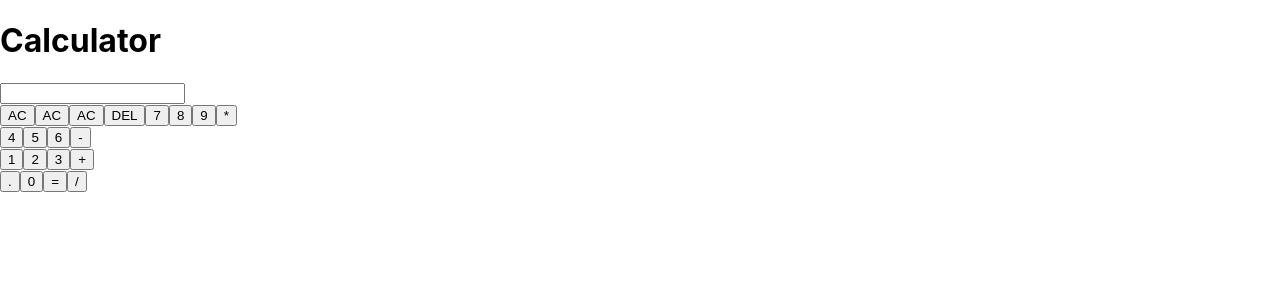
Repository: thesaherriaz/Calculator-React
Page: /
These files come from the project's save history. The page is drawn as it stood at one moment and after a run of saves; the edit follows.
The browser window is 1280 px wide. The pictures show the whole page.
The project was rebuilt for these pictures with package versions that can differ from the ones it lists, and the page was loaded fresh each time.

Above is the page before, as saved 2025-06-18 14:54:15.

### src/App.js
import React from 'react'
import Calculator from './compnents/Calculator'

function App() {
  return (
    <Calculator />
  )
}

export default App

### src/compnents/Calculator.jsx
import React from 'react'

function Calculator() {
  return (
    <>
        <div className="Calculator">
            <h1>Calculator</h1>
            <input type="text" name="input" id="input" />
            <div>
                <button>AC</button>
                <button>AC</button>
                <button>AC</button>
                <button>DEL</button>
                <button>7</button>
                <button>8</button>
                <button>9</button>
                <button>*</button> <br />
                <button>4</button>
                <button>5</button>
                <button>6</button>
                <button>-</button> <br />
                <button>1</button>
                <button>2</button>
                <button>3</button>
                <button>+</button> <br />
                <button>.</button>
                <button>0</button>
                <button>=</button>
                <button>/</button>
            </div>
        </div>
    </>
  )
}

export default Calculator

Loaded but not shown: public/index.html (common file); src/index.js (common file); src/index.css (common file); src/reportWebVitals.js (common file)

After the next 3 saves:
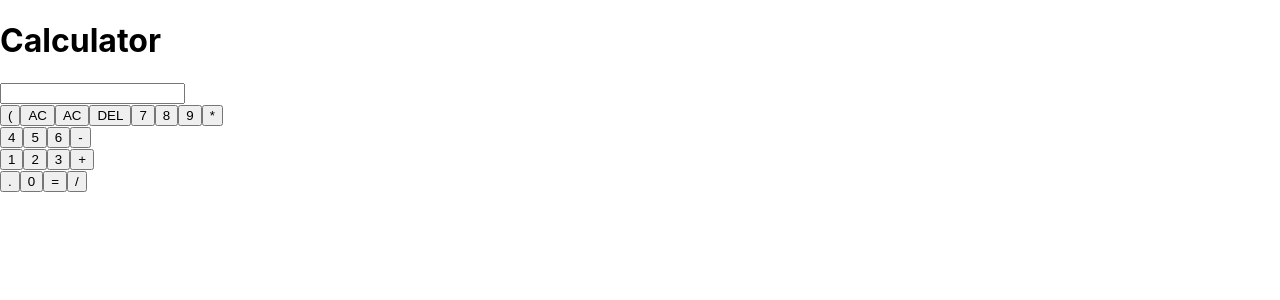
The 3 saves are shown as one change because they came seconds apart.
The last was saved 14 s later.
--- a/src/compnents/Calculator.jsx
+++ b/src/compnents/Calculator.jsx
@@ -7,7 +7,7 @@ function Calculator() {
             <h1>Calculator</h1>
             <input type="text" name="input" id="input" />
             <div>
-                <button>AC</button>
+                <button>(</button>
                 <button>AC</button>
                 <button>AC</button>
                 <button>DEL</button>
